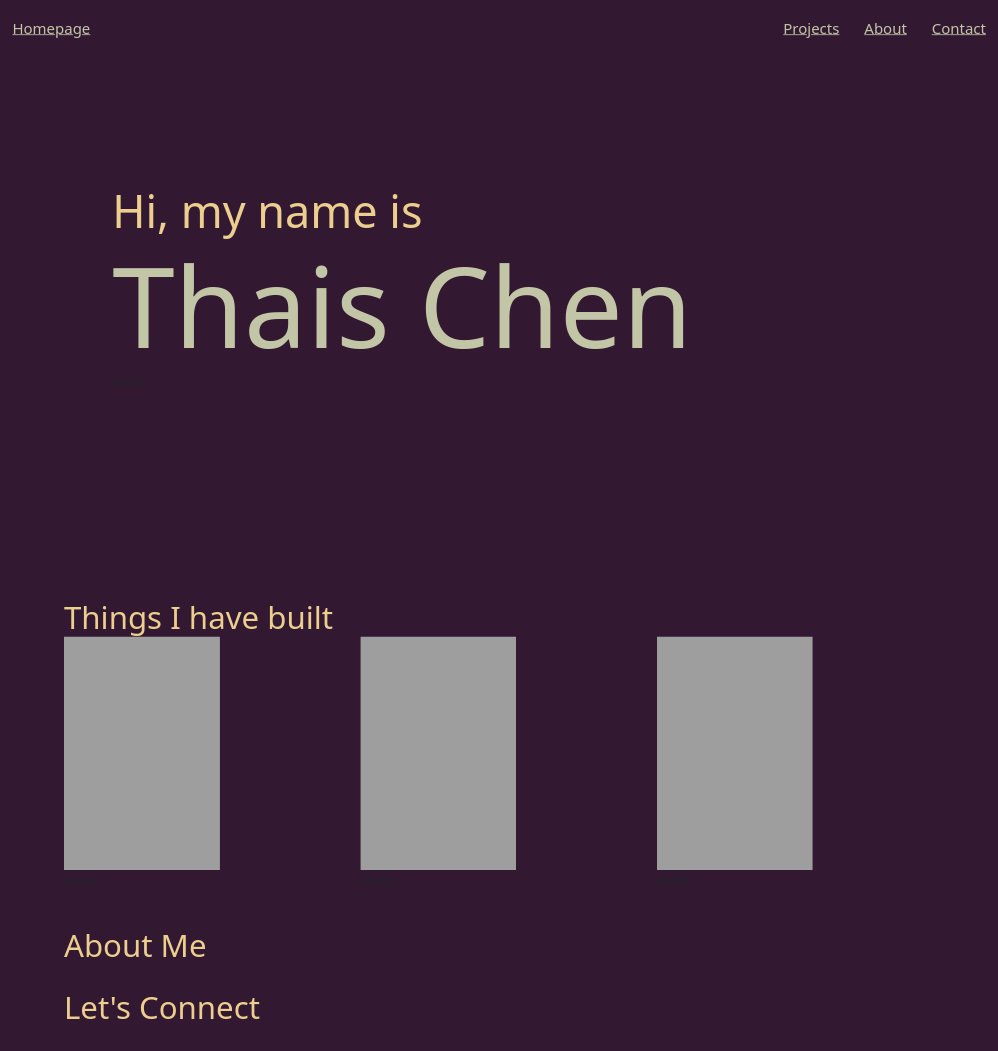
Repository: thais-chen/Portfolio
Page: index.html
The author's editor kept a copy of each file at every save. The page is drawn from the files as they stood at one save, then again after the next save.
The browser window is 1280 px wide. The pictures show the whole page, at 78% of full size.
Pictures or frames that could not be fetched are drawn as grey boxes.

Above is the page before, as saved 2022-06-17 19:38:49.

After the next save:
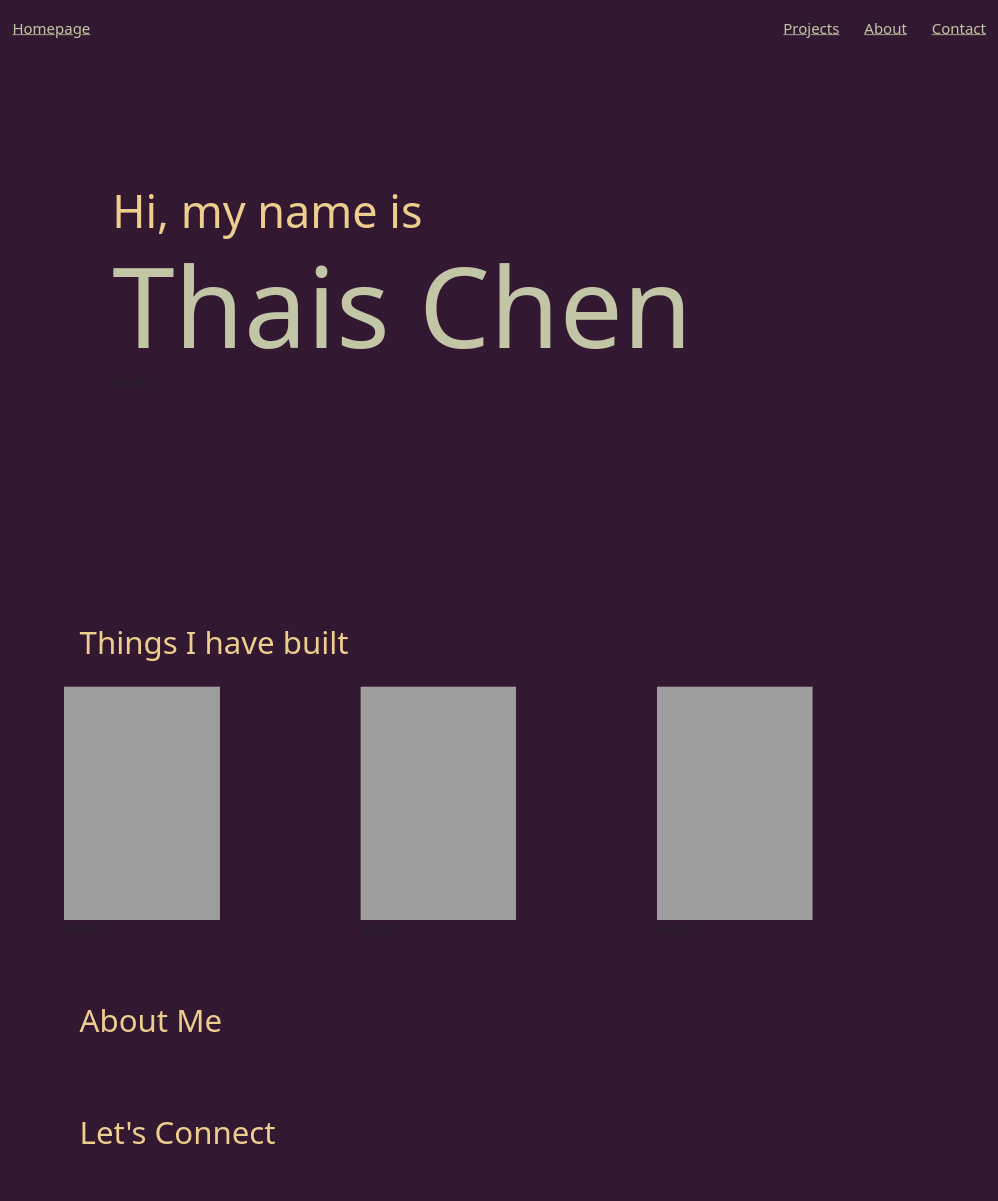
Saved 10 s later.
--- a/style.css
+++ b/style.css
@@ -55,4 +55,5 @@ body{
     font-size: 2.5rem;
     margin-bottom: 0;
     font-weight: 100;
+    padding: 2rem;
 }
